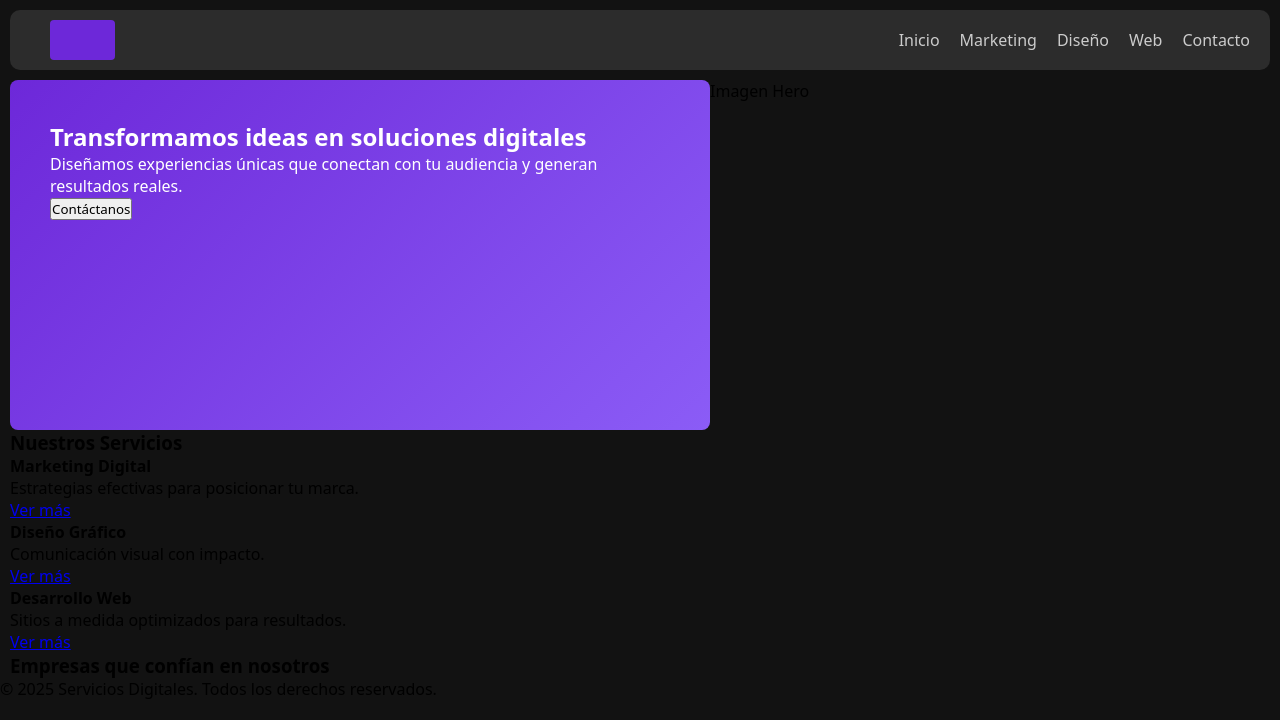
Repository: santinogarrone/TrabajoAgustin
Page: html/index.html
The author's editor kept a copy of each file at every save. The page is drawn from the files as they stood at one save, then again after a run of saves.
The browser window is 1280 px wide. The pictures show the whole page.

Above is the page before, as saved 2025-05-02 12:06:18.

After the next 3 saves:
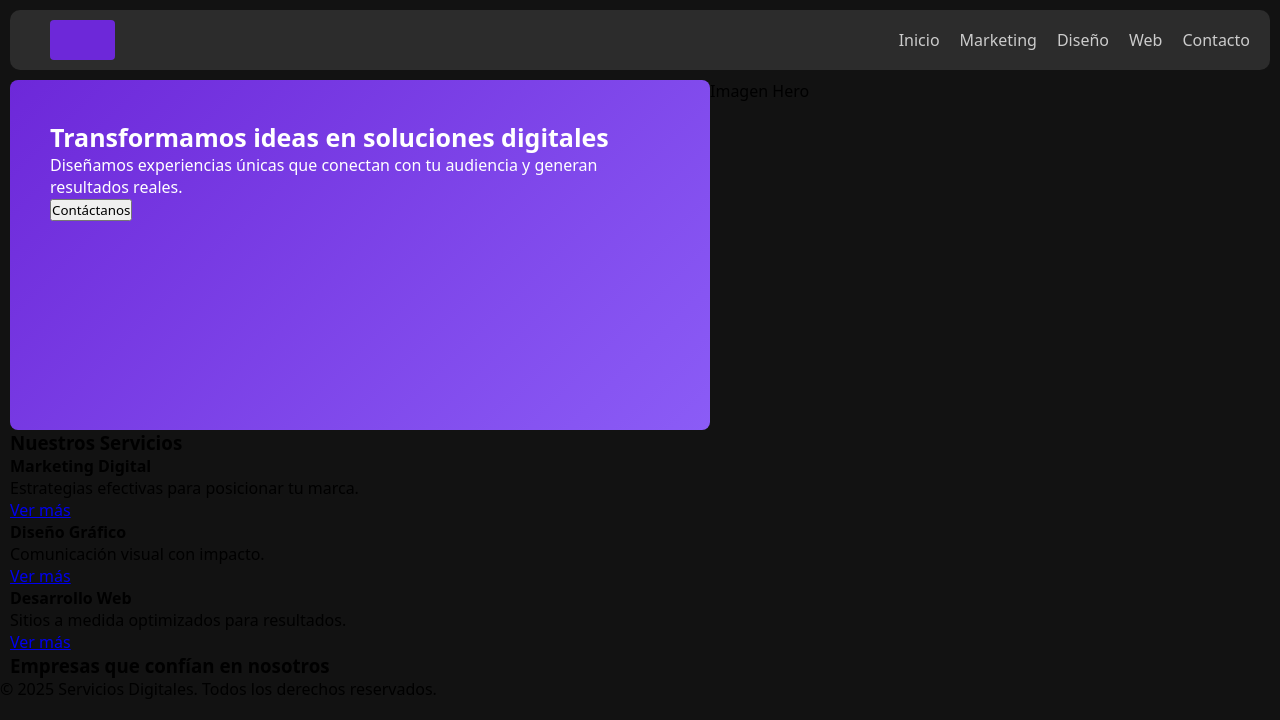
The 3 saves are shown as one change because they came seconds apart.
The last was saved 11 s later.
--- a/css/style.css
+++ b/css/style.css
@@ -75,7 +75,9 @@ header{
     padding: 40px;
   }
 
-  .tit-contacto
+  .tit-contacto{
+    font-size: 25px;
+  }
 
 @media (375px >= width) {
 
